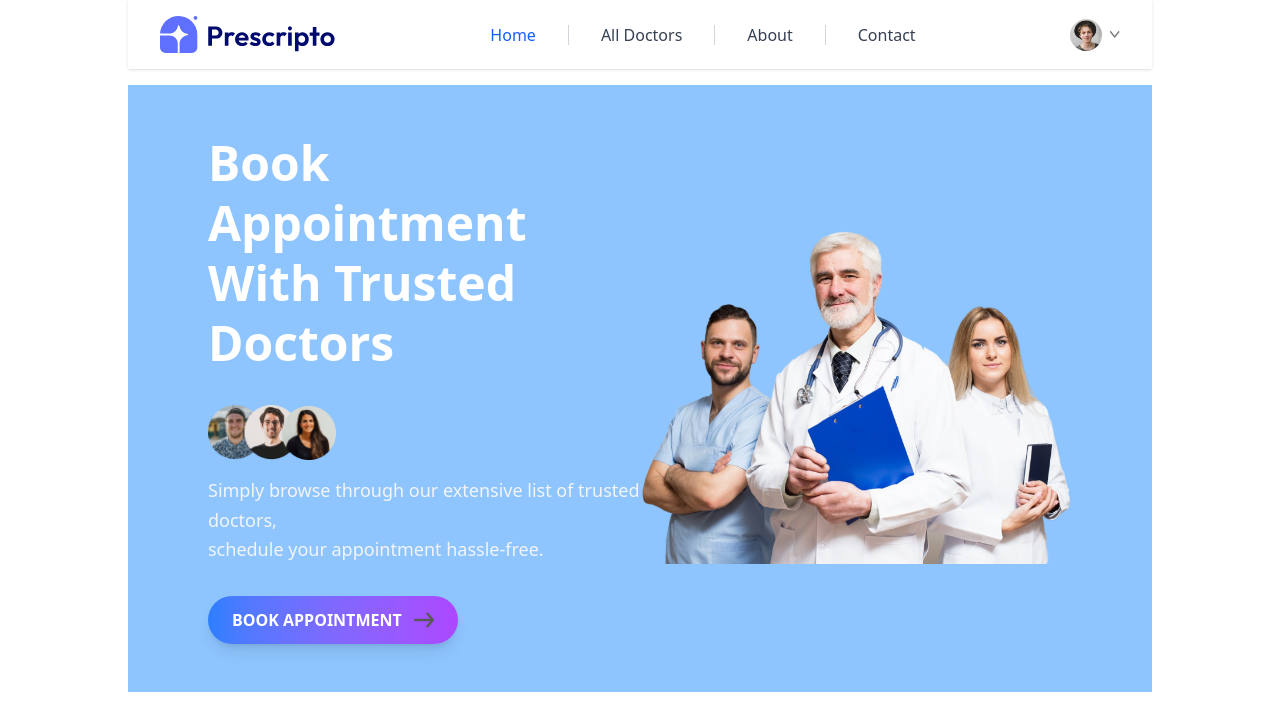
Repository: Pran2535/appointement_booking
Page: / (app in frontend/)
An editor plug-in stored every save of this project. The page is shown before and after the next save, followed by the edit.
The browser window is 1280 px wide. The pictures show the whole page.
The project was rebuilt for these pictures with package versions that can differ from the ones it lists, and the page was loaded fresh each time. Also part of the build but not shown: frontend/vite.config.js, frontend/src/pages/About.jsx, frontend/src/pages/MyAppointments.jsx, frontend/src/pages/Doctors.jsx, frontend/src/pages/Login.jsx, frontend/src/pages/Contact.jsx, frontend/src/pages/MyProfile.jsx, frontend/src/pages/Appointment.jsx.

Above is the page before, as saved 2025-02-16 21:02:24.

After the next save:
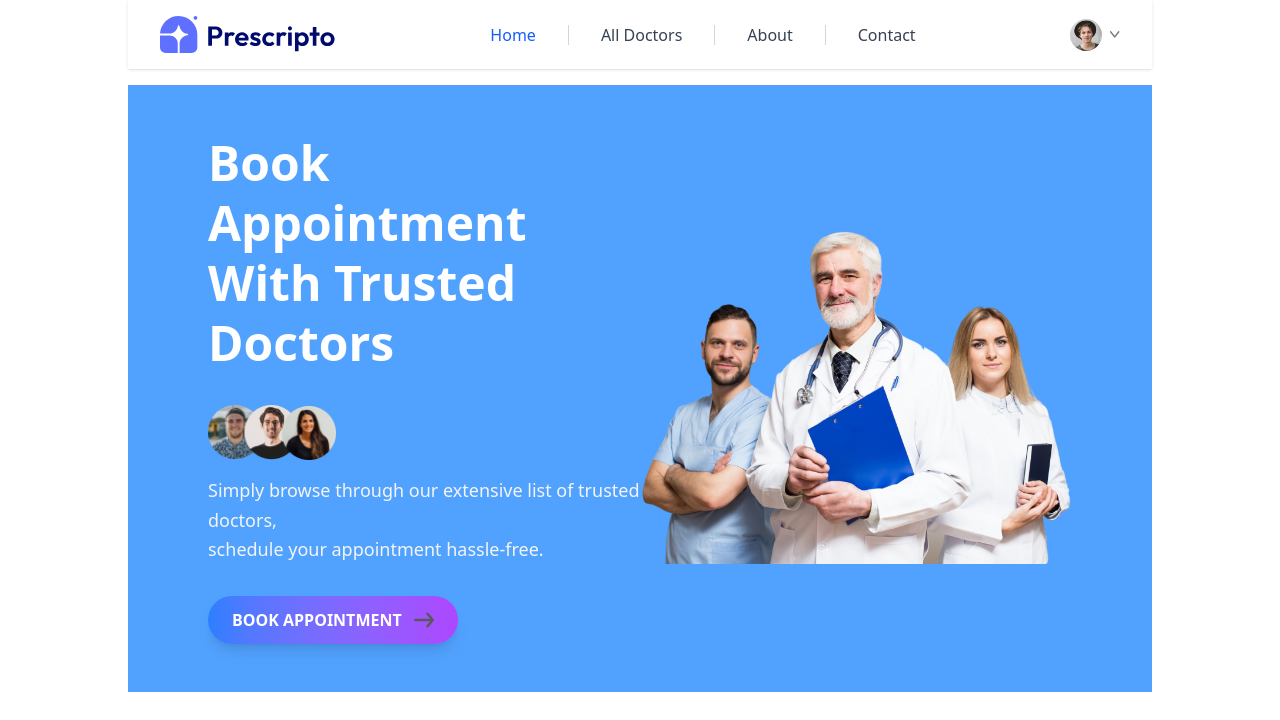
Saved 17 s later.
--- a/frontend/src/components/Header.jsx
+++ b/frontend/src/components/Header.jsx
@@ -3,7 +3,7 @@ import { assets } from '../assets/assets';
 
 const Header = () => {
   return (
-    <div className="mt-4 flex flex-col md:flex-row justify-between items-center bg-blue-300 px-6 md:px-10 lg:px-20 py-12 text-white">
+    <div className="mt-4 flex flex-col md:flex-row justify-between items-center bg-blue-400 px-6 md:px-10 lg:px-20 py-12 text-white">
       {/* Left side */}
       <div className="w-full md:w-1/2 space-y-8 mb-8 md:mb-0">
         <h1 className="text-4xl lg:text-5xl font-bold leading-tight">
